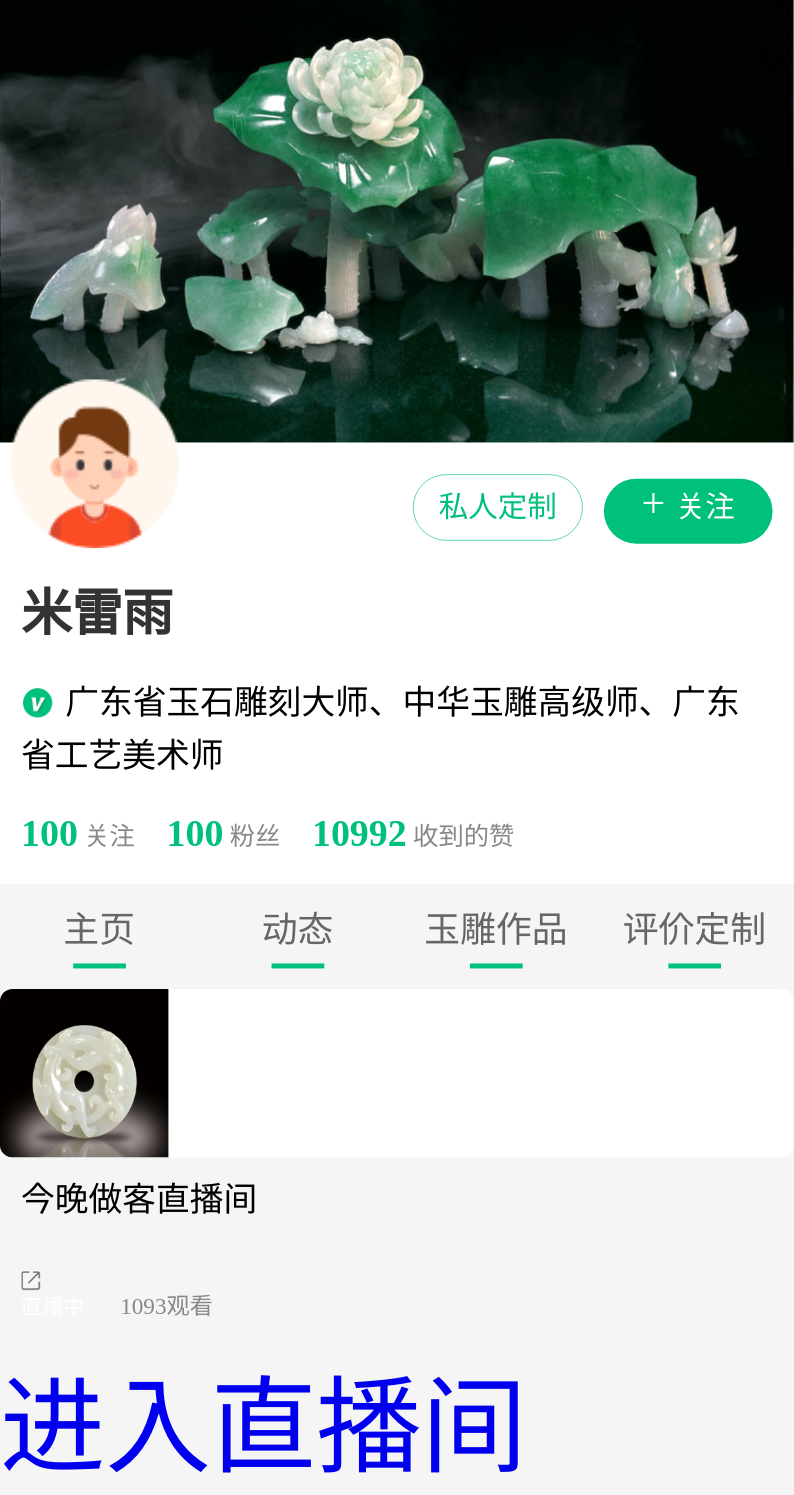
Repository: 1yanglulu/-
Page: html/jadecarvemaincenter.html
The author's editor kept a copy of each file at every save. The page is drawn from the files as they stood at one save, then again after the next save.
The browser window is 1280 px wide. The pictures show the whole page, at 62% of full size.

Above is the page before, as saved 2020-01-07 16:18:52.

### html/jadecarvemaincenter.html
<!DOCTYPE html>
<html lang="en">
<head>
  <meta charset="UTF-8">
  <meta name="viewport" content="width=device-width, user-scalable=no, initial-scale=1.0, maximum-scale=1.0, minimum-scale=1.0">
  <meta http-equiv="X-UA-Compatible" content="ie=edge">
  <title>玉雕师详情</title>
  <link rel="stylesheet" href="../css/common.css">
  <link rel="stylesheet" href="../css/jadecarvemaincenter.css">
  <link rel="stylesheet" href="../css/jadehomepage.css">
</head>
<body class="bac-color">
  <div class="jade-main-center  bac-color">
    <div class="top-banner">
      <img src="../images/mainbac.png" alt="" class="banner-bac">
    </div>
    <div class="avatar-box">
      <img src="../images/defaultImg.png" alt="" class="default-img">
      <div class="btn-box fn">
        <a href="javascript:void(0);" class="self-made">私人定制</a>
        <div class="follow-btn"><span class="add-icon">+</span>关注</div>
      </div>
      <div class="jade-name">
        米雷雨
      </div>
      <div class="jade-introduce fn">
        <img src="../images/vipicon.png" alt="vip" class="vip-icon">
        <span class="touxian">广东省玉石雕刻大师、中华玉雕高级师、广东省工艺美术师</span>
      </div>
      <div class="jade-hot-num">
        <span class="for-num">100</span>关注<span class="for-num">100</span>粉丝<span class="for-num">10992</span>收到的赞
      </div>
    </div>
    <div class="jade-tab clearfix">
      <div class="jade-tab-item fl  fn">
        <span>主页</span>
        <div class="tab-line"></div>
      </div>
      <div class="jade-tab-item fl  fn">
        <span>动态</span>
        <div class="tab-line"></div>
      </div>
      <div class="jade-tab-item fl  fn">
        <span>玉雕作品</span>
        <div class="tab-line"></div>
      </div>
      <div class="jade-tab-item fl  fn">
        <span>评价定制</span>
        <div class="tab-line"></div>
      </div>
    </div>
    <div class="home-page-con">
    </div>
    <div class="active-page-con">
    </div>
    <div class="jade-works-page-con">
    </div>
    <div class="jade-comment-made-page-con">
    </div>
  </div>
  <script src="../js/jquery-3.3.1.min.js"></script>
  <script src="../js/rem.js"></script>
  <script src="../js/jadecarvemaincenter.js"></script>
  <script>
    $(document).ready(function(){
    　　$(".home-page-con").load("jadehomepage.html")
    });
  </script>
</body>
</html>

### css/common.css
h2,body,div,html,ul,li,a,img{
  margin: 0;
  padding: 0;
}
a,img{
  display:block;
}
.fn{
  font-size:0;
}
ul{
  margin-block-start: 0;
  margin-block-end: 0;
  padding-inline-start: 0;
}
ul li{
  list-style: none;
}
a{
  text-decoration: none;
}
.clearfix:after{/*伪元素是行内元素 正常浏览器清除浮动方法*/
  content: "";
  display: block;
  height: 0;
  clear:both;
  visibility: hidden;
}
.clearfix{
  *zoom: 1;/*ie6清除浮动的方式 *号只有IE6-IE7执行，其他浏览器不执行*/
}
.fl{
  float: left;
}
.fr{
  float:right;
}
.bac-color{
  /* background:rgb(248,248,248); */
  background: #f5f5f5;
}

### css/jadecarvemaincenter.css
.jade-main-center{
  width: 100%;
}
.top-banner{
  background: #fff;
}
.banner-bac{
  width: 100%;
  height: 4.2rem;
  display: block
}
.default-img{
  width: 1.6rem;
  height: 1.6rem;
}
.avatar-box{
  position: relative;
  background: #fff;
}
.default-img{
  position: absolute;
  left:.1rem;
  top:-.6rem;

}
.avatar-box{
  padding:0 .2rem 0.3rem;
}
.btn-box{
  text-align: right;
  padding: .3rem 0;
}
.self-made{
  display: inline-block;
  padding: 0 .24rem;
  text-align: center;
  line-height: .62rem;
  border: 1px solid #00C17B;
  border-radius:.33rem;
  background: #fff;
  font-size: .28rem;
  color: #00C17B;
  margin-right: .2rem;
}
.follow-btn{
  width: 1.6rem;
  height: .62rem;
  text-align: center;
  background: #00C17B;
  border-radius:.33rem;
  font-size: .28rem;
  color: #FFFFFF;
  display: inline-block;
}
.add-icon{
  font-size: .4rem;
  color: #FFFFFF;
  margin-right: .1rem;
}
.jade-name{
  font-size: .48rem;
  color: #333333;
  line-height: .58rem;
  text-align: left;
  margin-top: .08rem;
  font-weight: bold;
  margin-bottom: .3rem;
  background: #fff;
}
.jade-introduce{
  margin-bottom: .3rem;
  background: #fff;
}
.vip-icon{
  width: .32rem;
  height: .32rem;
  display: inline-block;
  margin-right: .1rem;
  vertical-align: middle;
}
.touxian{
  font-size: .32rem;
  color: #000000;
  line-height: .5rem;
  vertical-align: middle;
}
.jade-hot-num{
  font-size: .24rem;
  color: #888888;
  text-align: center;
  text-align: left;
  background: #fff;
}
.jade-hot-num .for-num{
  font-size: .36rem;
  color: #00C17B;
  text-align: center;
  font-weight: bold;
  margin-left: .3rem;
  vertical-align: bottom;
  line-height: 0.36rem;
  margin-right: .06rem;
}
.jade-hot-num .for-num:first-child{
  margin-left: 0;
}
.jade-tab{
  height: 1rem;
}
.jade-tab .jade-tab-item{
  width: 25%;
  height: 100%;
  text-align: center;
  padding-top: 0.2rem;
  box-sizing: border-box;
}
.jade-tab .jade-tab-item>span{
  display: block;
  height: 0.48rem;
  text-align: center;
  line-height: .48rem;
  margin-bottom: .08rem;
  font-size: .34rem;
  color: #666666;
}
.tab-line{
  width: .5rem;
  height: .05rem;
  background: #00C17B;
  display: inline-block;
}
.active-style{
  color:#00C17B
}

### css/jadehomepage.css
.bodyStyle{
  padding:0 .2rem;
}
.home-top{
  width: 100%;
  height: 1.6rem;
  background: #FFFFFF;
  border-radius: .12rem;
}
.live-bac{
  width: 1.6rem;
  height: 100%;
  border-radius: 0.12rem 0 0 0.12rem;
}
.live-con{
  padding:.2rem;
  box-sizing: border-box;
}
.live-title{
  font-size: .32rem;
  color: #000000;
  letter-spacing: 0;
  line-height: .4rem;
  margin-bottom: .48rem;
  vertical-align:middle;
}
.live-status{
  display: inline-block;
  width: .94rem;
  height: .32rem;
  font-size: .2rem;
  color: #FFFFFF;
}
.live-status>img{
  width: .18rem;
  height: .18rem;
}
.live-visitor-num{
  display: inline-block;
  font-size: .22rem;
  color: #888888;
}

### js/rem.js
(function (doc, win) {
    var docEl = doc.documentElement,
        resizeEvt = 'orientationchange' in window ? 'orientationchange' : 'resize',
        recalc = function () {
            var clientWidth = docEl.clientWidth;
            if (!clientWidth) return;
            docEl.style.fontSize =Math.floor(100*(clientWidth / 750))+ 'px';
        };
    if (!doc.addEventListener) return;
    win.addEventListener(resizeEvt, recalc, false);
    doc.addEventListener('DOMContentLoaded', recalc, false);
})(document,window);

### html/jadehomepage.html
<div class="home-top">
  <img src="../images/yushi1.jpg" alt="直播间封面" class="live-bac">
  <div class="live-con">
    <div class="live-title">今晚做客直播间</div>
    <div class="live-detail fn">
      <div class="live-status"><img src="../images/share.png" alt="">直播中</div>
      <div class="live-visitor-num">1093观看</div>
    </div>
  </div>
  <a href="javascript:void(0);">进入直播间</a>
</div>

Loaded but not shown: js/jquery-3.3.1.min.js (library); js/jadecarvemaincenter.js (no stored copy; drawn as an empty file)

After the next save:
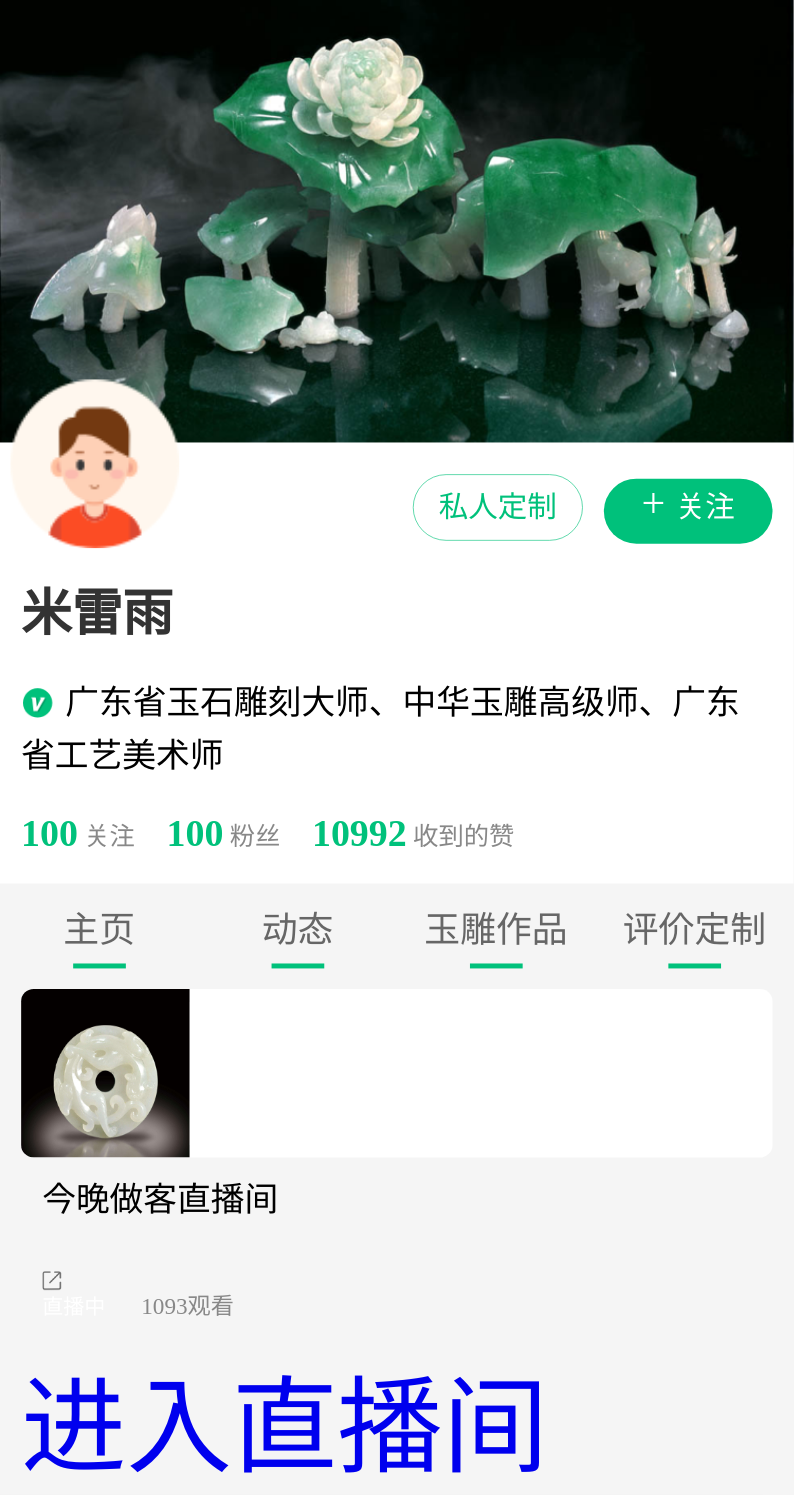
Saved 72 s later.
--- a/css/jadecarvemaincenter.css
+++ b/css/jadecarvemaincenter.css
@@ -132,3 +132,6 @@
 .active-style{
   color:#00C17B
 }
+.home-page-con{
+  padding:0 .2rem;
+}

After the 2 saves that followed:
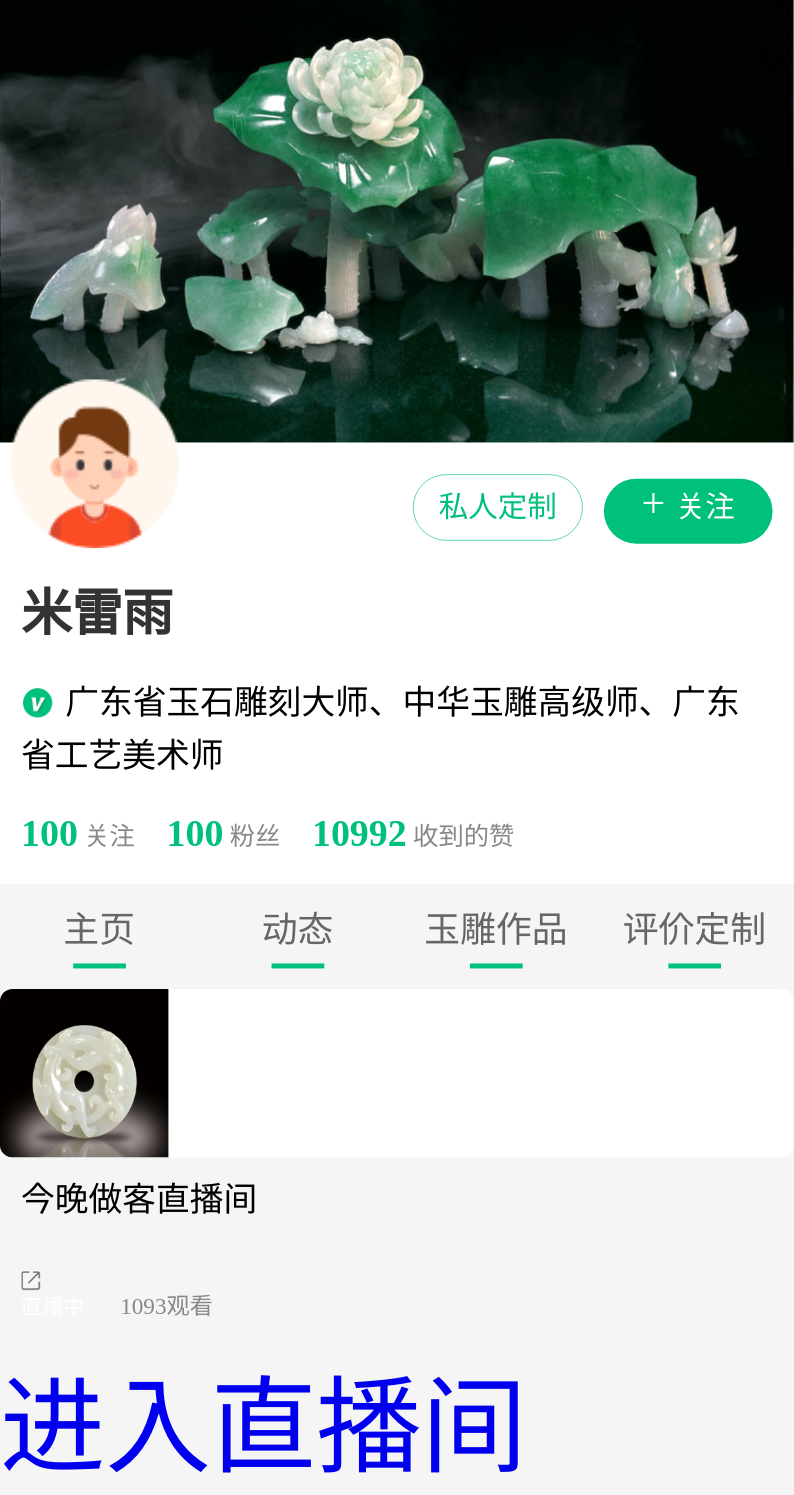
The 2 saves are shown as one change because 1 left the picture as it was.
The last was saved 115 s later.
--- a/html/jadecarvemaincenter.html
+++ b/html/jadecarvemaincenter.html
@@ -49,7 +49,7 @@
         <div class="tab-line"></div>
       </div>
     </div>
-    <div class="home-page-con">
+    <div id="home-page-con">
     </div>
     <div class="active-page-con">
     </div>
@@ -63,7 +63,7 @@
   <script src="../js/jadecarvemaincenter.js"></script>
   <script>
     $(document).ready(function(){
-    　　$(".home-page-con").load("jadehomepage.html")
+    　　$("#home-page-con").load("./jadehomepage.html")
     });
   </script>
 </body>
